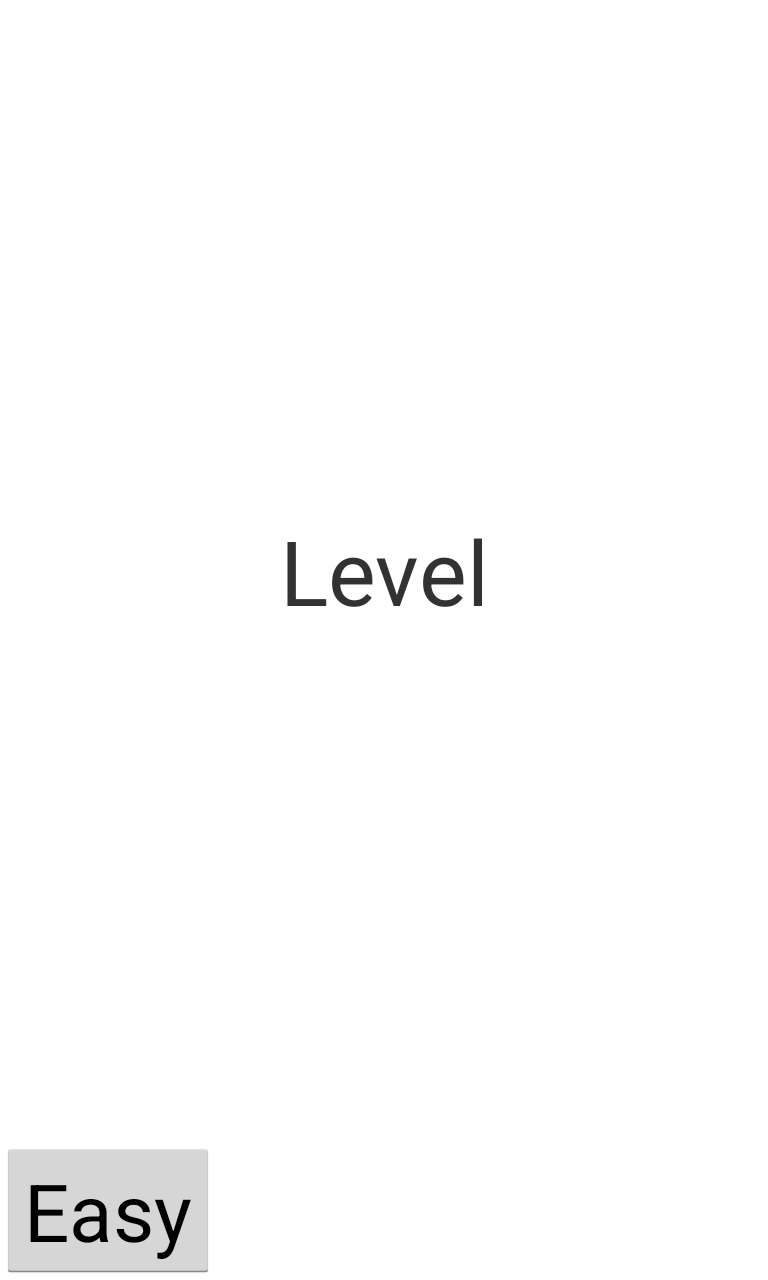
Repository: rupaligarje123/aakash
Layout: androidphotoquiz/FunChem1/photoquiz/res/layout/activity_main.xml
The author's editor kept a copy of each file at every save. The layout is drawn from the files as they stood at one save, then again after the next save.
It is drawn on a 768 x 1280 px phone screen (xhdpi) without system bars, with theme AppTheme; the app's code is not run.

Above is the layout before, as saved 2013-04-18 06:21:07.

After the next save:
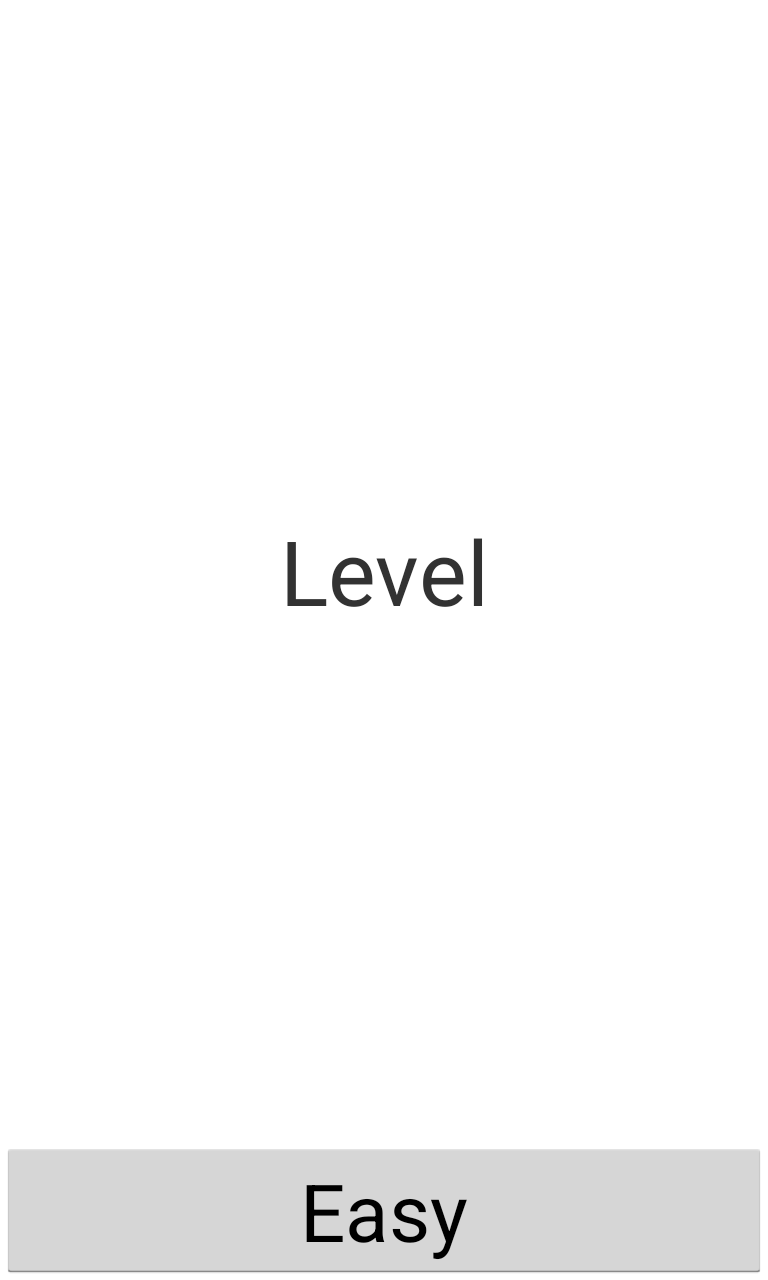
Saved 37 s later.
--- a/androidphotoquiz/FunChem1/photoquiz/res/layout/activity_main.xml
+++ b/androidphotoquiz/FunChem1/photoquiz/res/layout/activity_main.xml
@@ -16,7 +16,7 @@
 
     <Button
         android:id="@+id/bEasy"
-        android:layout_width="wrap_content"
+        android:layout_width="match_parent"
         android:layout_height="wrap_content"
         android:layout_weight="0.00"
         android:text="Easy"
